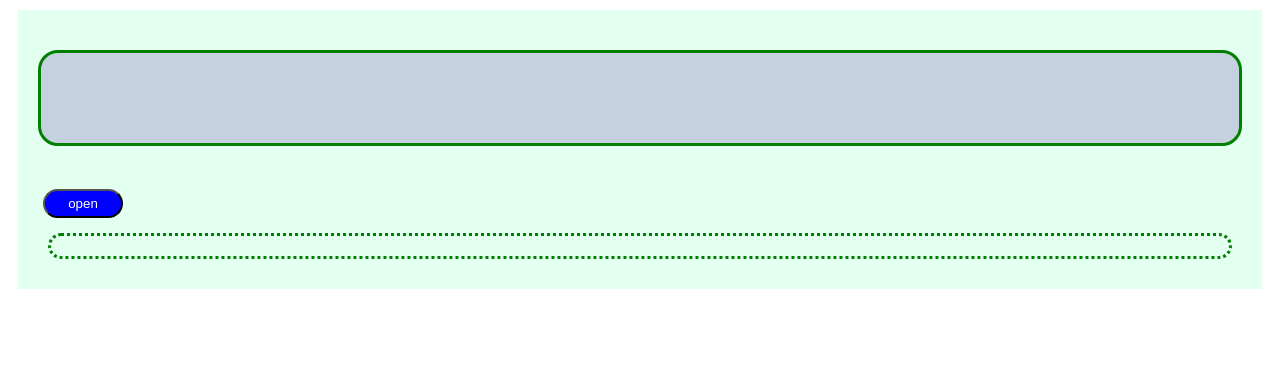
Repository: ypyp0205/jquery
Page: jqpro/WebContent/0205/유효성검증.html
The author's editor kept a copy of each file at every save. The page is drawn from the files as they stood at one save, then again after a run of saves.
The browser window is 1280 px wide. The pictures show the whole page.

Above is the page before, as saved 2020-02-05 06:50:32.

After the next 2 saves:
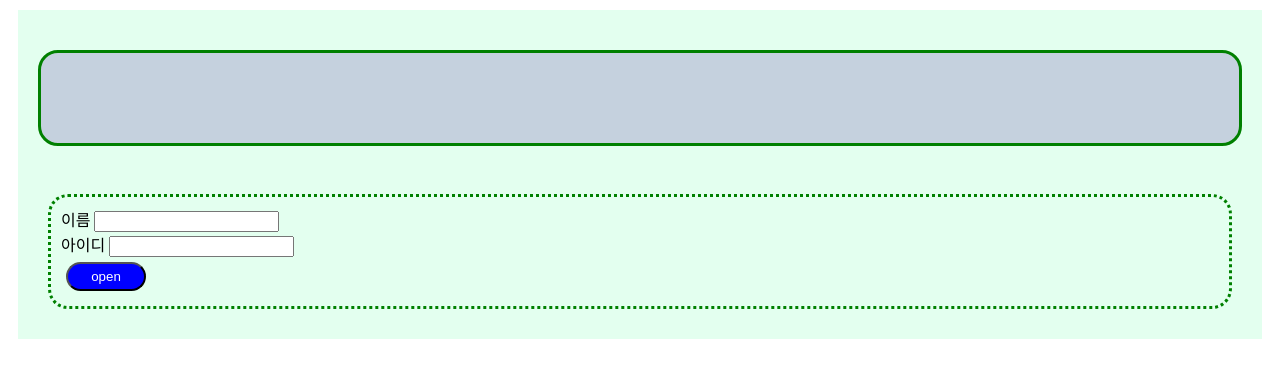
The 2 saves are shown as one change because they came seconds apart.
The last was saved 2 min 31 s later.
--- a/jqpro/WebContent/0205/유효성검증.html
+++ b/jqpro/WebContent/0205/유효성검증.html
@@ -17,10 +17,16 @@
 		<pre>
 
 		</pre>
+
+
 		<br>
-		<button type="button" onclick="proc1()">open</button>
-		<br>
-		<div id="result1"></div>
+		<div id="result1">
+			<form name="ff">
+				이름 <input type="text"><br> 아이디 <input type="text"><br>
+				<button type="button" onclick="proc1()">open</button>
+
+			</form>
+		</div>
 	</div>
 </body>
 </html>
